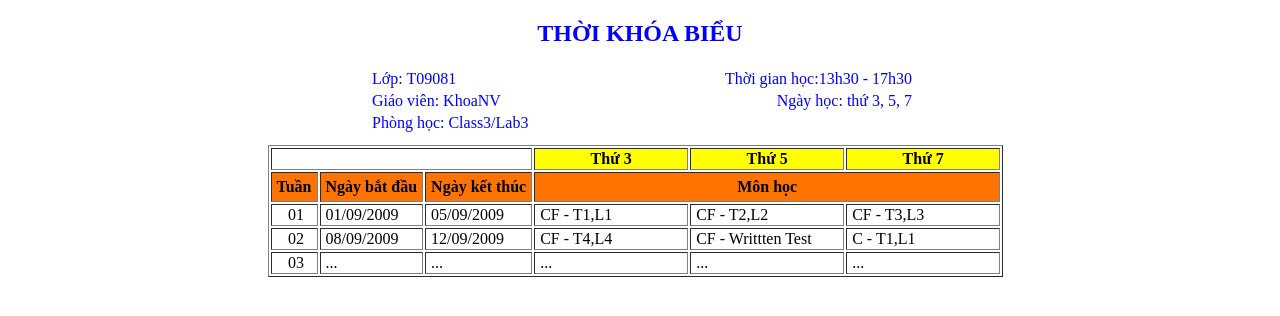
Repository: Lehuyhuynh/BT1-HTML
Page: index.html
The author's editor kept a copy of each file at every save. The page is drawn from the files as they stood at one save, then again after the next save.
The browser window is 1280 px wide. The pictures show the whole page.

Above is the page before, as saved 2023-08-06 22:25:02.

After the next save:
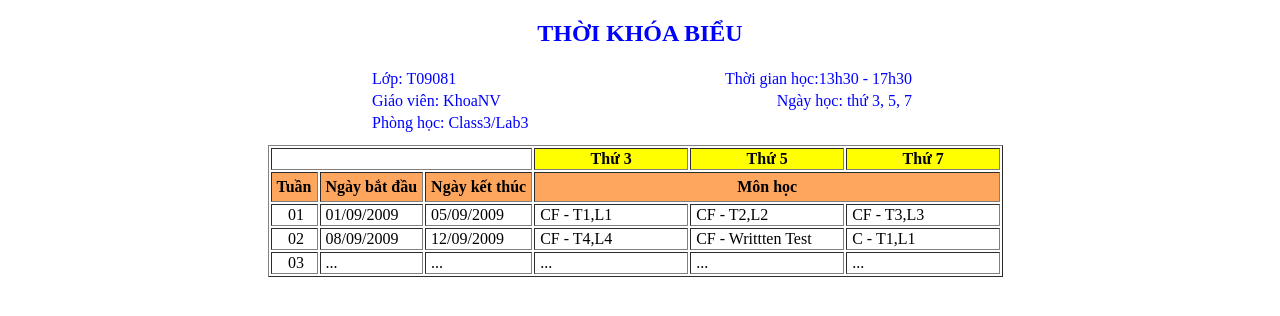
Saved 5 s later.
--- a/index.html
+++ b/index.html
@@ -76,7 +76,7 @@
             <th id="rank">Thứ 7</th>
           </tr>
 
-          <tr style="background-color: rgb(255, 115, 0);">
+          <tr style="background-color: rgba(255, 115, 0, 0.63);">
             <th id="week">Tuần</th>
             <th id="extended-time">Ngày bắt đầu</th>
             <th id="extended-time">Ngày kết thúc</th>
